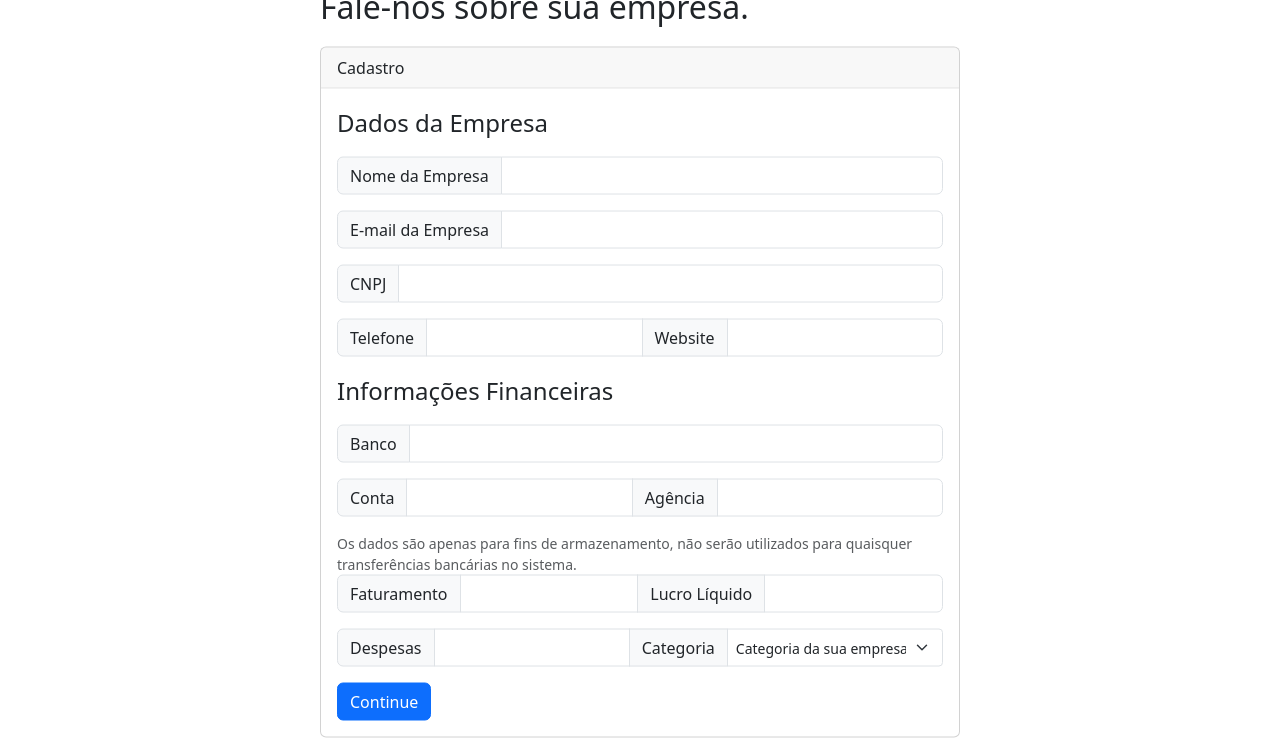
Repository: vandrecx/utilitaries
Page: http://localhost/login_archive/cadastro.php
These files come from the project's save history. The page is drawn as it stood at one moment and after the next save; the edit follows.
The browser window is 1280 px wide. The pictures show the whole page.
The page is run by PHP 8.4 with error messages shown; the project is at /var/www/html/.

Above is the page before, as saved 2024-05-03 13:23:42.

### login_archive/cadastro.php
<?php

require_once 'Conn.php';
include 'funcoes.php';

?>

<!DOCTYPE html>
<html lang="en">
<head>
    <meta charset="UTF-8">
    <meta name="viewport" content="width=device-width, initial-scale=1.0">
    <link href="https://cdn.jsdelivr.net/npm/bootstrap@5.3.3/dist/css/bootstrap.min.css" rel="stylesheet" integrity="sha384-QWTKZyjpPEjISv5WaRU9OFeRpok6YctnYmDr5pNlyT2bRjXh0JMhjY6hW+ALEwIH" crossorigin="anonymous">
    <title>Página de Cadastro</title>
</head>
<body>
    <div style="width: 50%; justify-content: center; position: absolute; top: 50%; left: 50%; transform: translate(-50%, -50%);">
        <p class="fs-2">Fale-nos sobre sua empresa.</p>
        <div class="card">
            <div class="card-header">
                Cadastro
            </div>
            <div class="card-body">
                <p class="fs-4">Dados da Empresa</p>
                <form method="POST" action="UserSignUp.php">
                    <div class="input-group mb-3">
                        <span class="input-group-text" id="inputGroup-sizing-default">Nome da Empresa</span>
                        <input type="text" class="form-control" aria-label="Sizing example input" aria-describedby="inputGroup-sizing-default">
                    </div>
                    <div class="input-group mb-3">
                        <span class="input-group-text" id="inputGroup-sizing-default">E-mail da Empresa</span>
                        <input type="text" class="form-control" aria-label="Sizing example input" aria-describedby="inputGroup-sizing-default">
                    </div>
                    <div class="input-group mb-3">
                        <span class="input-group-text" id="inputGroup-sizing-default">CNPJ</span>
                        <input type="text" class="form-control" aria-label="Sizing example input" aria-describedby="inputGroup-sizing-default">
                    </div>
                    <div class="input-group mb-3">
                        <span class="input-group-text" id="inputGroup-sizing-default">Telefone</span>
                        <input type="text" class="form-control" aria-label="Sizing example input" aria-describedby="inputGroup-sizing-default">
                        <span class="input-group-text" id="inputGroup-sizing-default">Website</span>
                        <input type="text" class="form-control" aria-label="Sizing example input" aria-describedby="inputGroup-sizing-default">
                    </div>
                    <p class="fs-4">Informações Financeiras</p>
                    <div class="input-group mb-3">
                        <span class="input-group-text" id="inputGroup-sizing-default">Banco</span>
                        <input type="text" class="form-control" aria-label="Sizing example input" aria-describedby="inputGroup-sizing-default">
                    </div>
                    <div class="input-group mb-3">
                        <span class="input-group-text" id="inputGroup-sizing-default">Conta</span>
                        <input type="text" class="form-control" aria-label="Sizing example input" aria-describedby="inputGroup-sizing-default">
                        <span class="input-group-text" id="inputGroup-sizing-default">Agência</span>
                        <input type="text" class="form-control" aria-label="Sizing example input" aria-describedby="inputGroup-sizing-default">
                    </div>
                    <div id="passwordHelpBlock" class="form-text">
                        Os dados são apenas para fins de armazenamento, não serão utilizados para quaisquer transferências bancárias no sistema.
                    </div>
                    <div class="input-group mb-3">
                        <span class="input-group-text" id="inputGroup-sizing-default">Faturamento</span>
                        <input type="text" class="form-control" aria-label="Sizing example input" aria-describedby="inputGroup-sizing-default">
                        <span class="input-group-text" id="inputGroup-sizing-default">Lucro Líquido</span>
                        <input type="text" class="form-control" aria-label="Sizing example input" aria-describedby="inputGroup-sizing-default">
                    </div>
                    <div class="input-group mb-3">
                        <span class="input-group-text" id="inputGroup-sizing-default">Despesas</span>
                        <input type="text" class="form-control" aria-label="Sizing example input" aria-describedby="inputGroup-sizing-default">
                        <span class="input-group-text" id="inputGroup-sizing-default">Categoria</span>
                        <select class="form-select form-select-sm" aria-label="Large select example">
                            <option selected>Categoria da sua empresa</option>
                            <option value="1">Prestação de Serviços</option>
                            <option value="2">Indústria</option>
                            <option value="3">Vendas</option>
                        </select>
                    </div>
                    <button type="submit" class="btn btn-primary" name="submit">Continue</button>
                </form>
            </div>
        </div>
    </div>

</body>
</html>

### login_archive/Conn.php
<?php

//PDO (PHP DATA OBJECTS)

$pdo = new PDO("mysql:host=localhost; dbname=sistema; charset=UTF8", "root", ""); // REALIZA CONEXÃO COM PDO
$pdo->setAttribute(PDO::ATTR_ERRMODE, PDO::ERRMODE_EXCEPTION); // EXCEPTIONS

?>

### login_archive/funcoes.php
<?php

require_once 'Conn.php';

// FUNÇÃO RESPONSÁVEL POR SANITIZAR OS DADOS PASSADOS POR POST
function sanitizeData($input_name, $type){
    switch ($type){

        case 'text':
            return filter_input(INPUT_POST, $input_name, FILTER_SANITIZE_SPECIAL_CHARS);
            break;

        case 'email':
            $email = filter_input(INPUT_POST, $input_name, FILTER_SANITIZE_EMAIL);
            //VALIDAR EMAIL AQUI NO MEIO
            return $email;
            break;

        case 'url':
            return filter_input(INPUT_POST, $input_name, FILTER_SANITIZE_URL);
            break;

        case 'int':
            return filter_input(INPUT_POST, $input_name, FILTER_SANITIZE_NUMBER_INT);
            break;

        case 'float':
            return filter_input(INPUT_POST, $input_name, FILTER_SANITIZE_NUMBER_FLOAT);
            break;

        default:
            return $input_name;
    }
}

// GERA SENHA ALEATÓRIA DE 6 CARACTERES
function generatePassword(){
    $chars = 'abcdefghijklmnopqrstuvwxyzABCDEFGHIJKLMNOPQRSTUVWXYZ0123456789!@#$%^&*()-_=+';
    return substr(str_shuffle($chars), 0, 5) . substr(str_shuffle('ABCDEFGHIJKLMNOPQRSTUVWXYZ!@#$%^&*()-_=+'), 0, 1);
}

// ATUALIZA SENHA (usada em ForgotPassword.php)
function updatePass($newpass, $email, $pdo){

    try{

        $update = $pdo->prepare("UPDATE entidade SET s_password_entidade = :new_pass WHERE s_enterpriseemail_entidade = :s_enterpriseemail_entidade");
        $update->bindParam(':new_pass', $newpass);
        $update->bindParam(':s_enterpriseemail_entidade', $email);
        $update->execute();

    } catch(PDOException $err) {

        echo 'Erro na atualização: ' . $err;

    }

}

//ESCONDE EMAIL DE RECUPERAÇÃO PASSADO POR SESSION
function hideEmail(){

    session_start();

    $email = $_SESSION['pass_repair'];
    $encript_email = substr($email, 0, 5);
    $result_email = $encript_email . str_repeat("*", strlen($email) - 5);

    session_destroy();

    return $result_email;
}

?>

After the next save:
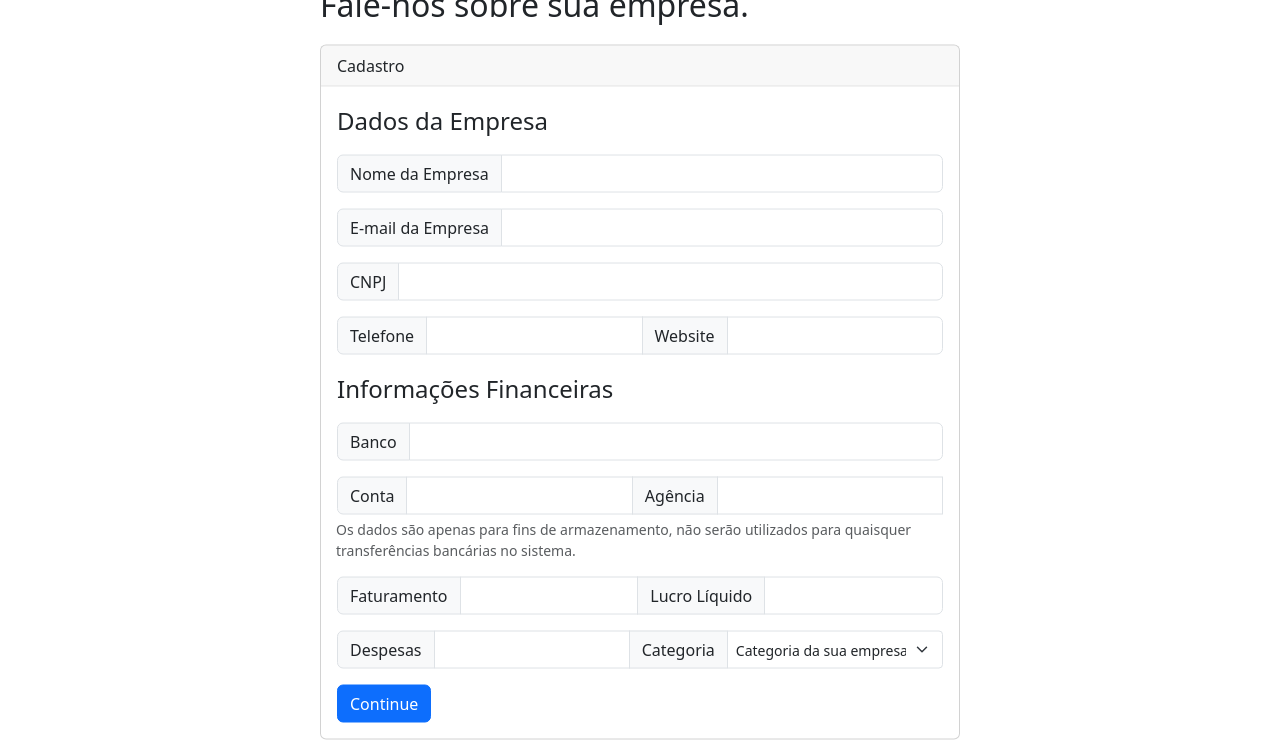
Saved 26 s later.
--- a/login_archive/cadastro.php
+++ b/login_archive/cadastro.php
@@ -51,9 +51,9 @@ include 'funcoes.php';
                         <input type="text" class="form-control" aria-label="Sizing example input" aria-describedby="inputGroup-sizing-default">
                         <span class="input-group-text" id="inputGroup-sizing-default">Agência</span>
                         <input type="text" class="form-control" aria-label="Sizing example input" aria-describedby="inputGroup-sizing-default">
-                    </div>
-                    <div id="passwordHelpBlock" class="form-text">
-                        Os dados são apenas para fins de armazenamento, não serão utilizados para quaisquer transferências bancárias no sistema.
+                            <div id="passwordHelpBlock" class="form-text">
+                                Os dados são apenas para fins de armazenamento, não serão utilizados para quaisquer transferências bancárias no sistema.
+                            </div>
                     </div>
                     <div class="input-group mb-3">
                         <span class="input-group-text" id="inputGroup-sizing-default">Faturamento</span>
